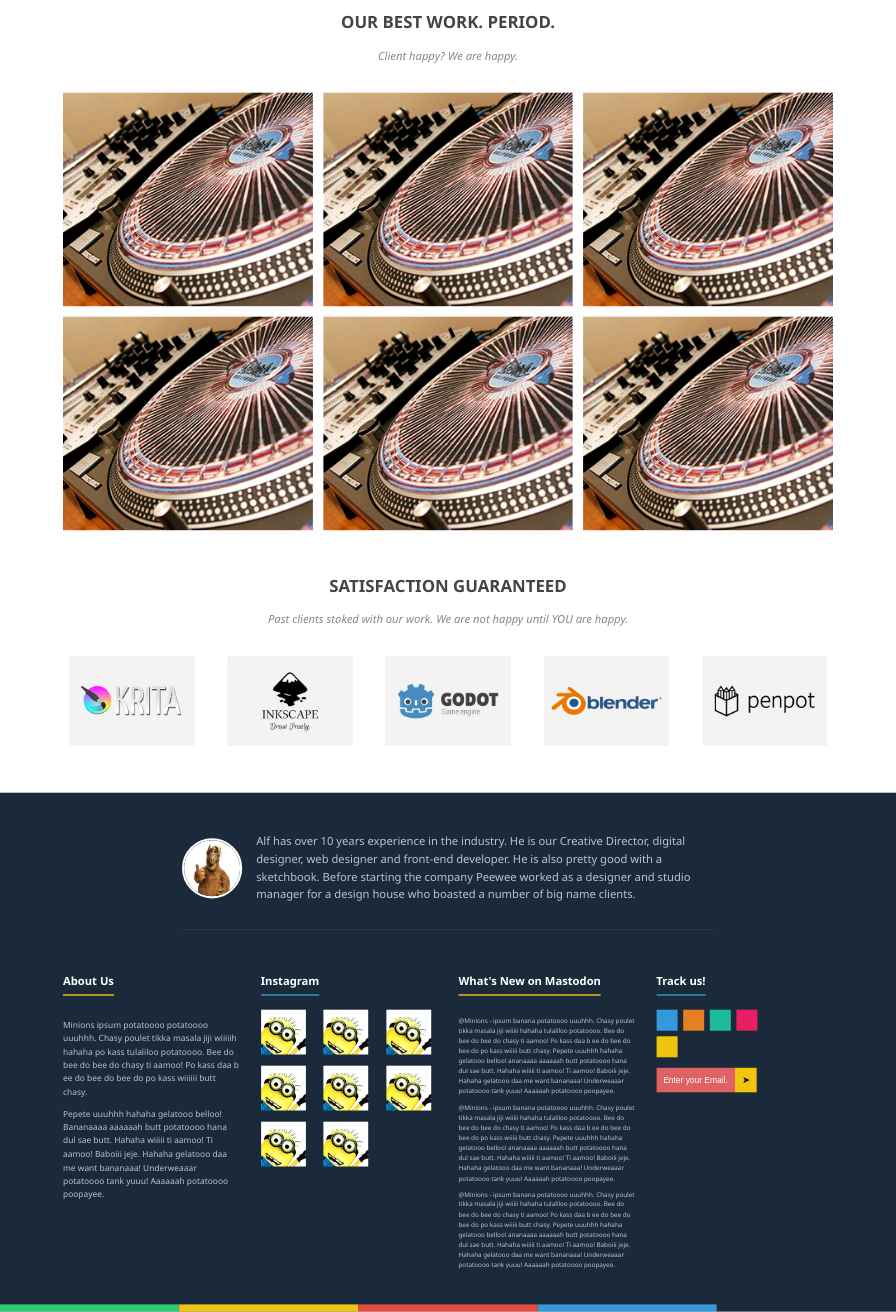
Repository: DavidYoo5/Project-1-Lab-2B-Assignment
Page: Project-1-Lab-2B-Assignment/index.html
An editor plug-in stored every save of this project. The page is shown before and after the next save, followed by the edit.
The browser window is 1280 px wide. The pictures show the part of the page from y = 1968 to 3888 px (the page is 3842 px tall before and 3888 px after), at 70% of full size.

Above is the page before, as saved 2026-01-28 15:47:42.

### Project-1-Lab-2B-Assignment/index.html
<!doctype html>
<html lang="en">
  <head>
    <meta charset="utf-8" />
    <meta name="viewport" content="width=device-width, initial-scale=1" />
    <title>Metrolics</title>
    <!-- <link rel="stylesheet" href="css/style.css"> -->
    <meta name="description" content="website for lab 2" />
    <link rel="stylesheet" href="style.css" />

    <!-- <meta property="og:title" content="">
  <meta property="og:type" content="">
  <meta property="og:url" content="">
  <meta property="og:image" content="">
  <meta property="og:image:alt" content="">

  <link rel="icon" href="/favicon.ico" sizes="any">
  <link rel="icon" href="/icon.svg" type="image/svg+xml">
  <link rel="apple-touch-icon" href="icon.png">
   <script src="js/app.js"></script>


  <link rel="manifest" href="site.webmanifest"> -->
    <meta name="theme-color" content="#fafafa" />
  </head>

  <body>
    <header class="site-header">
      <div class="header-container">
        <div class="logoAndHeading">
          <h1>Metrolics</h1>
          <div class="logo-vectors">
            <svg
              id="Layer_2"
              data-name="Layer 2"
              xmlns="http://www.w3.org/2000/svg"
              viewBox="0 0 111.31 111.31"
            >
              <defs>
                <style>
                  .cls-1 {
                    fill: #1691bd;
                  }

                  .cls-1,
                  .cls-2,
                  .cls-3,
                  .cls-4 {
                    fill-rule: evenodd;
                  }

                  .cls-2 {
                    fill: #25c389;
                  }

                  .cls-3 {
                    fill: #de6262;
                  }

                  .cls-4 {
                    fill: #ffb901;
                  }
                </style>
              </defs>
              <g id="Layer_1-2" data-name="Layer 1">
                <path class="cls-4" d="M74.21,0h37.1v37.1h-37.1V0Z" />
                <path class="cls-2" d="M0,0h37.1v37.1H0V0Z" />
                <path class="cls-1" d="M37.1,37.1h37.1v37.1h-37.1v-37.1Z" />
                <path class="cls-4" d="M0,74.21h37.1v37.1H0v-37.1Z" />
                <path class="cls-3" d="M74.21,74.21h37.1v37.1h-37.1v-37.1Z" />
              </g>
            </svg>
          </div>
        </div>
        <div class="main-nav-container">
          <nav class="main-nav">
            <a href="#" class="nav-home">Home ></a>
            <a href="#" class="nav-portfolio">Portfolio ></a>
            <a href="#" class="nav-blog">Blog ></a>
            <a href="#" class="nav-quo">Quo Vadis? ></a>
            <a href="#" class="nav-chat">Let's Chat ></a>
          </nav>
        </div>
      </div>
    </header>

    <section class="hero">
      <div class="hero-content">
        <h1 class="hero-title">Metro Style</h1>
        <h2 class="hero-subtitle">Quick on the feet</h2>
        <h3 class="hero-tagline">Metro Styling reinvented</h3>
      </div>
      <img
        src="img/00c1b9f08d738d1023baf2062988c56225701209.png"
        alt="Hero Image"
        class="hero-img"
      />
    </section>

    <section class="intro">
      <h2>Hi folks! We are the <span>Metrolics</span> design studio.</h2>
      <p>With our help, the sky's the limit to express your creativity!</p>
    </section>

    <section class="services">
      <div class="section-heading pink-border">
        <h3>Things That We Do</h3>
        <p>Full service design solutions</p>
      </div>
      <div class="services-grid">
        <div class="service-item">
          <div class="icon-box yellow">💡</div>
          <h4>Web Solutions</h4>
          <p>
            We are a fairly small, flexible design studio that designs for print
            and web. We work flexibly with clients.
          </p>
        </div>
        <div class="service-item">
          <div class="icon-box green">📷</div>
          <h4>Photography</h4>
          <p>
            We are a fairly small, flexible design studio that designs for print
            and web. We work flexibly with clients.
          </p>
        </div>
        <div class="service-item">
          <div class="icon-box red">☝️</div>
          <h4>App Development</h4>
          <p>
            We are a fairly small, flexible design studio that designs for print
            and web. We work flexibly with clients.
          </p>
        </div>
        <div class="service-item">
          <div class="icon-box blue">✏️</div>
          <h4>UX Design</h4>
          <p>
            We are a fairly small, flexible design studio that designs for print
            and web. We work flexibly with clients.
          </p>
        </div>
      </div>
    </section>

    <section class="blog">
      <div class="section-heading">
        <h3>What's Up Lately?</h3>
        <p>Read up on our latest work</p>
      </div>
      <div class="blog-grid">
        <div class="blog-card">
          <img
            src="img/9d8936101658556ea729473327b08b9089fea2ca.png"
            alt="Blog"
          />
          <div class="blog-info">
            Sample Image Post <span>Photography</span>
          </div>
        </div>
        <div class="blog-card">
          <img
            src="img/9d8936101658556ea729473327b08b9089fea2ca.png"
            alt="Blog"
          />
          <div class="blog-info">
            Sample Image Post <span>Photography</span>
          </div>
        </div>
        <div class="blog-card">
          <img
            src="img/9d8936101658556ea729473327b08b9089fea2ca.png"
            alt="Blog"
          />
          <div class="blog-info">
            Sample Image Post <span>Photography</span>
          </div>
        </div>
      </div>
    </section>

    <section class="portfolio">
      <div class="section-heading">
        <h3>Our Best Work. Period.</h3>
        <p>Client happy? We are happy.</p>
      </div>
      <div class="portfolio-grid">
        <img
          src="img/9d8936101658556ea729473327b08b9089fea2ca.png"
          alt="Work"
        />
        <img
          src="img/9d8936101658556ea729473327b08b9089fea2ca.png"
          alt="Work"
        />
        <img
          src="img/9d8936101658556ea729473327b08b9089fea2ca.png"
          alt="Work"
        />
        <img
          src="img/9d8936101658556ea729473327b08b9089fea2ca.png"
          alt="Work"
        />
        <img
          src="img/9d8936101658556ea729473327b08b9089fea2ca.png"
          alt="Work"
        />
        <img
          src="img/9d8936101658556ea729473327b08b9089fea2ca.png"
          alt="Work"
        />
      </div>
    </section>

    <section class="clients">
      <div class="section-heading">
        <h3>Satisfaction Guaranteed</h3>
        <p>
          Past clients stoked with our work. We are not happy until YOU are
          happy.
        </p>
      </div>
      <div class="client-grid">
        <div class="client-box"><img src="Client-Krita.png" alt="Krita" /></div>
        <div class="client-box">
          <img src="img/Client-Inkscape.png" alt="Inkscape" />
        </div>
        <div class="client-box"><img src="Client-Godot.png" alt="Godot" /></div>
        <div class="client-box">
          <img src="img/Client-Blender.png" alt="Blender" />
        </div>
        <div class="client-box">
          <img src="img/Client-Penpot.png" alt="Penpot" />
        </div>
      </div>
    </section>

    <footer class="site-footer">
      <div class="content-in-footer">
        <div class="footer-top">
          <img
            src="img/87e668f15f35aacbb73c4f1a013d22e3d90bf0ea.png"
            alt="Alf"
            class="footer-avatar"
          />
          <p>
            Alf has over 10 years experience in the industry. He is our Creative
            Director, digital designer, web designer and front-end developer. He
            is also pretty good with a sketchbook. Before starting the company
            Peewee worked as a designer and studio manager for a design house
            who boasted a number of big name clients.
          </p>
        </div>

        <div class="footer-main">
          <div class="footer-col">
            <h4 class="footer-h yellow-underline">About Us</h4>
            <p class="about-us-p">
              Minions ipsum potatoooo potatoooo uuuhhh. Chasy poulet tikka
              masala jiji wiiiiih hahaha po kass tulaliloo potatoooo. Bee do bee
              do bee do chasy ti aamoo! Po kass daa b ee do bee do bee do po
              kass wiiiiii butt chasy.
            </p>
            <p class="about-us-p">
              Pepete uuuhhh hahaha gelatooo belloo! Bananaaaa aaaaaah butt
              potatoooo hana dul sae butt. Hahaha wiiiii ti aamoo! Ti aamoo!
              Baboiii jeje. Hahaha gelatooo daa me want bananaaa! Underweaaar
              potatoooo tank yuuu! Aaaaaah potatoooo poopayee.
            </p>
          </div>
          <div class="footer-col">
            <h4 class="footer-h blue-underline">Instagram</h4>
            <div class="insta-grid">
              <img
                src="img/a1e67b2d3c8bb07d5fb83b2f349484c7c0fd2724.png"
                alt="insta"
              />
              <img
                src="img/a1e67b2d3c8bb07d5fb83b2f349484c7c0fd2724.png"
                alt="insta"
              />
              <img
                src="img/a1e67b2d3c8bb07d5fb83b2f349484c7c0fd2724.png"
                alt="insta"
              />
              <img
                src="img/a1e67b2d3c8bb07d5fb83b2f349484c7c0fd2724.png"
                alt="insta"
              />
              <img
                src="img/a1e67b2d3c8bb07d5fb83b2f349484c7c0fd2724.png"
                alt="insta"
              />
              <img
                src="img/a1e67b2d3c8bb07d5fb83b2f349484c7c0fd2724.png"
                alt="insta"
              />
              <img
                src="img/a1e67b2d3c8bb07d5fb83b2f349484c7c0fd2724.png"
                alt="insta"
              />
              <img
                src="img/a1e67b2d3c8bb07d5fb83b2f349484c7c0fd2724.png"
                alt="insta"
              />
            </div>
          </div>
          <div class="footer-mastodon">
            <h4 class="footer-h yellow-underline">What's New on Mastodon</h4>
            <p class="mastodon-p">
              <span>@Minions</span> - ipsum banana potatoooo uuuhhh. Chasy
              poulet tikka masala jiji wiiiii hahaha tulaliloo potatoooo. Bee do
              bee do bee do chasy ti aamoo! Po kass daa b ee do bee do bee do po
              kass wiiiii butt chasy. Pepete uuuhhh hahaha gelatooo belloo!
              ananaaaa aaaaaah butt potatoooo hana dul sae butt. Hahaha wiiiii
              ti aamoo! Ti aamoo! Baboiii jeje. Hahaha gelatooo daa me want
              bananaaa! Underweaaar potatoooo tank yuuu! Aaaaaah potatoooo
              poopayee.
            </p>
            <p class="mastodon-p">
              <span>@Minions</span> - ipsum banana potatoooo uuuhhh. Chasy
              poulet tikka masala jiji wiiiii hahaha tulaliloo potatoooo. Bee do
              bee do bee do chasy ti aamoo! Po kass daa b ee do bee do bee do po
              kass wiiiii butt chasy. Pepete uuuhhh hahaha gelatooo belloo!
              ananaaaa aaaaaah butt potatoooo hana dul sae butt. Hahaha wiiiii
              ti aamoo! Ti aamoo! Baboiii jeje. Hahaha gelatooo daa me want
              bananaaa! Underweaaar potatoooo tank yuuu! Aaaaaah potatoooo
              poopayee.
            </p>
            <p class="mastodon-p">
              <span>@Minions</span> - ipsum banana potatoooo uuuhhh. Chasy
              poulet tikka masala jiji wiiiii hahaha tulaliloo potatoooo. Bee do
              bee do bee do chasy ti aamoo! Po kass daa b ee do bee do bee do po
              kass wiiiii butt chasy. Pepete uuuhhh hahaha gelatooo belloo!
              ananaaaa aaaaaah butt potatoooo hana dul sae butt. Hahaha wiiiii
              ti aamoo! Ti aamoo! Baboiii jeje. Hahaha gelatooo daa me want
              bananaaa! Underweaaar potatoooo tank yuuu! Aaaaaah potatoooo
              poopayee.
            </p>
          </div>

          <div class="footer-track-us">
            <h4 class="footer-h blue-underline">Track us!</h4>
            <div class="social-squares">
              <div class="sq blue"></div>
              <div class="sq orange"></div>
              <div class="sq cyan"></div>
              <div class="sq pink"></div>
              <div class="sq gold"></div>
            </div>

            <div class="newsletter">
              <input type="text" placeholder="Enter your Email..." />
              <button>➤</button>
            </div>
          </div>
        </div>
        <div class="footer-bottom-bar">
          <div class="bar-green"></div>
          <div class="bar-yellow"></div>
          <div class="bar-red"></div>
          <div class="bar-blue"></div>
          <div class="bar-dark"></div>
        </div>
      </div>
    </footer>
  </body>
</html>

### Project-1-Lab-2B-Assignment/style.css
/* --- Body --- */

body {
  font-family: "Segoe UI", Tahoma, Geneva, Verdana, sans-serif;
  color: #444;
  line-height: 1.6;
  text-align: center;
  height: 100vh;
  width: 100vw;
  margin: 0px;
}

/* --- Header & Nav --- */
.site-header {
  background: #fff;
  padding-left: 10;
}

.header-container {
  max-width: 1100px;
  margin: 0 auto;
  display: flex;
  justify-content: space-between;
  align-items: center;
}

.logoAndHeading {
  font-size: 24px;
  font-weight: bold;
  color: #333;
  display: flex;
  flex-direction: row;
  align-items: center;
  gap: 20px;
}

.logo-vectors {
  display: inline-block;
  width: 20px;
  height: 20px;
  margin-left: 2px;
}

.main-nav a {
  text-decoration: none;
  color: white;
  font-size: 14px;
  font-weight: bold;
}

.nav-home {
  background-color: #2ecc71;
  padding: 0;
  margin: 0;
}

.nav-portfolio {
  background-color: #f1c40f;
  padding: 0;
  margin: 0;
}

.nav-blog {
  background-color: #e74c3c;
  padding: 0;
  margin: 0;
}

.nav-quo {
  background-color: #3498db;
  padding: 0;
  margin: 0;
}

.nav-chat {
  background-color: #34495e;
  padding: 0;
  margin: 0;
}

/* --- Hero Section --- */
.hero {
  position: relative;
  height: 500px;
  overflow: hidden;
}

.hero-img {
  width: 100%;
  height: 100%;
  object-fit: cover;
}

.hero-content {
  position: absolute;
  top: 50%;
  left: 15%;
  transform: translateY(-50%);
  text-align: left;
  z-index: 2;
}

.hero-content h1,
.hero-content h2,
.hero-content h3 {
  background: white;
  padding: 10px 20px;
  margin-bottom: 10px;
  display: table;
  font-weight: normal;
  box-shadow: 2px 2px 5px rgba(0, 0, 0, 0.1);
}

.hero-title {
  border-left: 5px solid #3498db;
  font-size: 28px;
}

.hero-subtitle {
  border-left: 5px solid #e74c3c;
  font-size: 22px;
}

.hero-tagline {
  border-left: 5px solid #f1c40f;
  font-size: 18px;
}

/* --- Sections Common --- */
section {
  max-width: 1100px;
  margin: 60px auto;
  padding: 0 20px;
}

.section-heading {
  margin-bottom: 40px;
}

.section-heading h3 {
  font-size: 24px;
  text-transform: uppercase;
  margin-bottom: 5px;
}

.section-heading p {
  color: #888;
  font-style: italic;
}

.pink-border {
  border: 4px solid #ff00ff;
  padding: 20px;
  display: inline-block;
  width: 100%;
}

/* --- Intro --- */
.intro h2 {
  font-size: 32px;
  font-weight: 300;
}

.intro span {
  color: #3498db;
  font-weight: bold;
}

/* --- Grids --- */
.services-grid,
.blog-grid,
.portfolio-grid,
.client-grid {
  display: grid;
  gap: 30px;
}

.services-grid {
  grid-template-columns: repeat(4, 1fr);
}

.blog-grid {
  grid-template-columns: repeat(3, 1fr);
}

.portfolio-grid {
  grid-template-columns: repeat(3, 1fr);
  gap: 15px;
}

.client-grid {
  grid-template-columns: repeat(5, 1fr);
  align-items: center;
}

/* Icons */
.icon-box {
  font-size: 40px;
  width: 80px;
  height: 80px;
  line-height: 80px;
  margin: 0 auto 20px;
  border: 2px solid;
}

.yellow {
  border-color: #f1c40f;
  color: #f1c40f;
}

.green {
  border-color: #2ecc71;
  color: #2ecc71;
}

.red {
  border-color: #e74c3c;
  color: #e74c3c;
}

.blue {
  border-color: #3498db;
  color: #3498db;
}

/* Blog Cards */
.blog-card img,
.portfolio-grid img {
  width: 100%;
  display: block;
}

.blog-info {
  background: #3498db;
  color: white;
  padding: 10px;
  text-align: left;
  font-size: 14px;
}

.blog-info span {
  float: right;
  font-size: 12px;
  opacity: 0.8;
}

/* --- Footer --- */
.site-footer {
  background: #1a2a3a;
  color: #bdc3c7;
  padding-top: 40px;
  text-align: left;
}


.footer-top {
  max-width: 760px;
  margin: 0 auto 40px;
  display: flex;
  align-items: center;
  gap: 20px;
  border-bottom: 1px solid #2c3e50;
  padding-bottom: 20px;
}

.footer-avatar {
  width: 80px;
  height: 80px;
  border-radius: 50%;
  border: 3px solid #fff;
}

.footer-main {
  max-width: 1100px;
  margin: 0 auto;
  display: grid;
  grid-template-columns: repeat(4, 1fr);
  gap: 30px;
  padding-bottom: 40px;
}


.about-us-p {
  font-size: 12px;
}

.footer-h {
  color: white;
  margin-bottom: 20px;
  padding-bottom: 5px;
  display: inline-block;
}

.yellow-underline {
  border-bottom: 2px solid #f1c40f;
}

.blue-underline {
  border-bottom: 2px solid #3498db;
}

/* Instagram Grid */
.insta-grid {
  display: grid;
  grid-template-columns: repeat(3, 1fr);
  gap: 16px;
}

.insta-grid img {
  width: 100%;
  width: 64px;
  height: 64px;
}

.footer-mastodon {
  max-width: 320px;
}

.mastodon-p {
  font-size: 9px;
}

.footer-track-us {

  max-width: 144px;
}

/* Social Squares */
.social-squares {
  display: grid;
  grid-template-columns: repeat(4, 1fr);
  gap: 8px;
  margin-bottom: 15px;
  max-width: 144px;
}

.sq {
  width: 30px;
  height: 30px;

}

.sq.blue {
  background: #3498db;
}

.sq.orange {
  background: #e67e22;
}

.sq.cyan {
  background: #1abc9c;
}

.sq.pink {
  background: #e91e63;
}

.sq.gold {
  background: #f1c40f;
}

/* Newsletter */
.newsletter {
  display: flex;
  max-width: 143.92px;
}


::placeholder {
  color: #FFFFFF;
  font-size: 12px;
}

.newsletter input {
  background: #DE6262;
  border: none;
  padding: 10px;
  color: white;
  width: 80%;
}

.newsletter button {
  background: #f1c40f;
  border: none;
  padding: 10px;
  cursor: pointer;
}

/* Bottom Color Bar */
.footer-bottom-bar {
  display: flex;
  height: 10px;
}

.footer-bottom-bar div {
  flex: 1;
}

.bar-green {
  background: #2ecc71;
}

.bar-yellow {
  background: #f1c40f;
}

.bar-red {
  background: #e74c3c;
}

.bar-blue {
  background: #3498db;
}

.bar-dark {
  background: #1a2a3a;
}

After the next save:
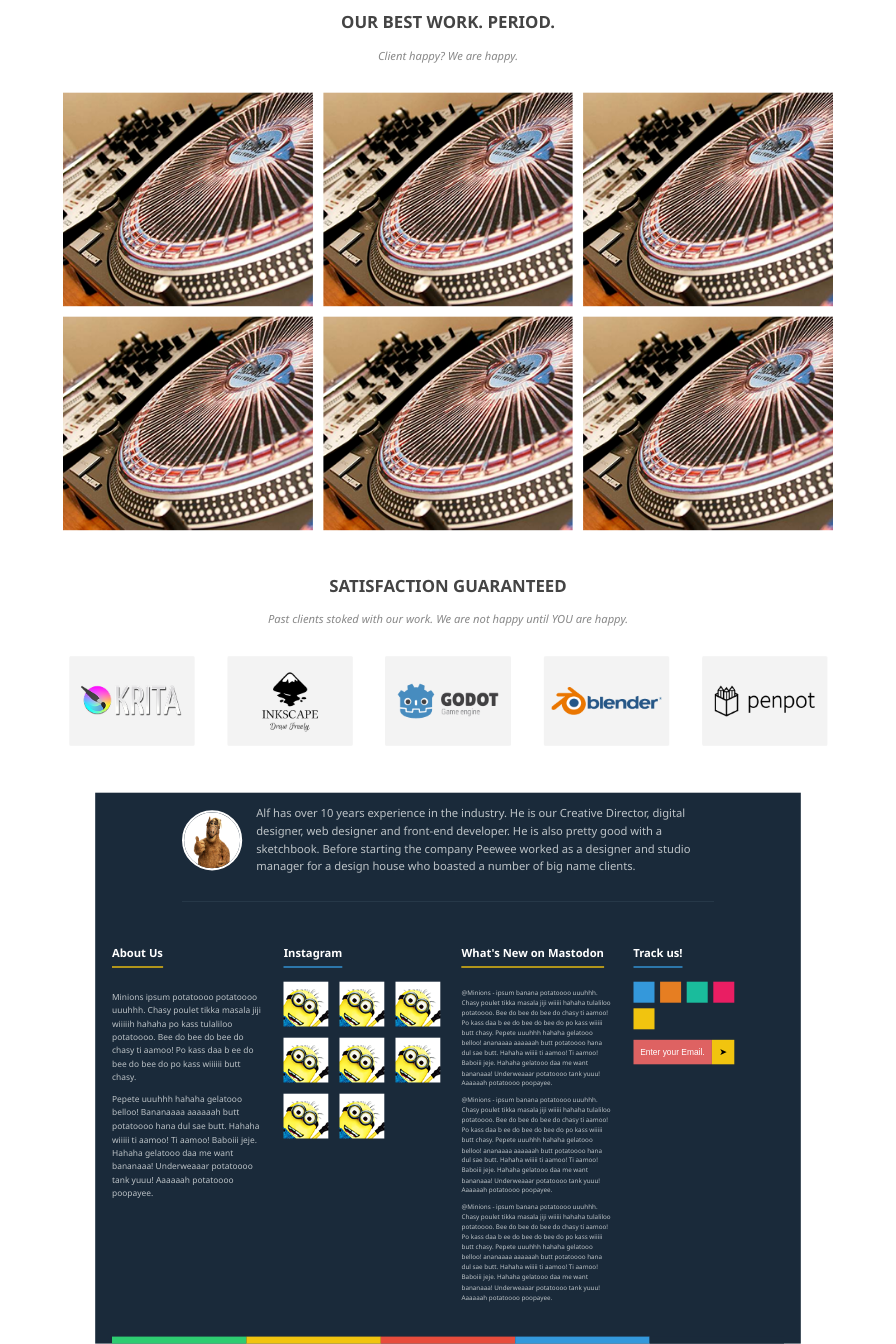
Saved 4 min 32 s later.
--- a/Project-1-Lab-2B-Assignment/style.css
+++ b/Project-1-Lab-2B-Assignment/style.css
@@ -250,6 +250,9 @@
   color: #bdc3c7;
   padding-top: 40px;
   text-align: left;
+   max-width: 960px;
+  margin: 0 auto;
+  padding: 0 24px;
 }
 
 
